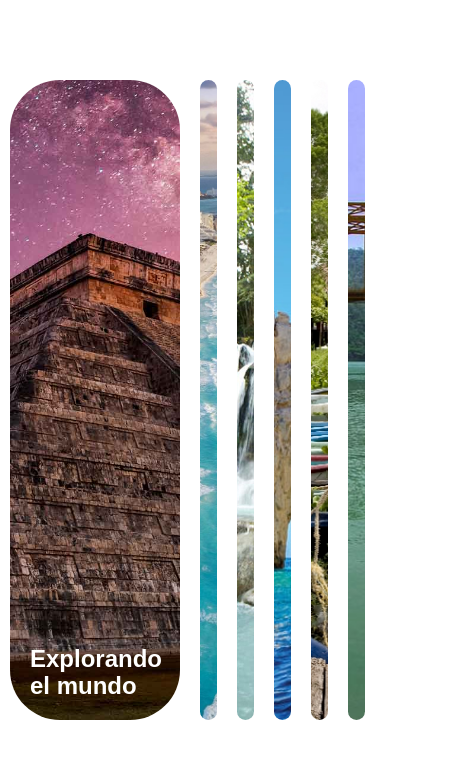
Repository: ElideZavala/Tarjetas-de-Imagenes
Page: index.html
The author's editor kept a copy of each file at every save. The page is drawn from the files as they stood at one save, then again after the next save.
The browser window is 375 px wide. The page is 436 px wide, then 475 px, so the pictures cover 475 px, including what lies to the right of the window. The pictures show the whole page.
Some web fonts or font styles are not loaded; a fallback is used.

Above is the page before, as saved 2021-05-27 09:50:02.
Not found: script.js

After the next save:
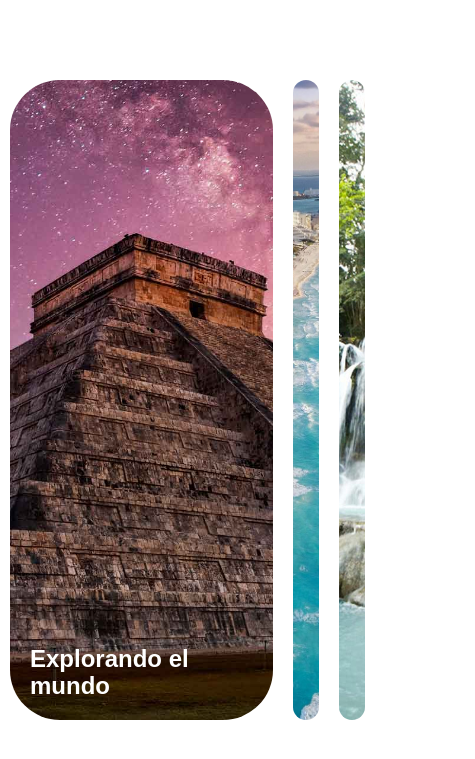
Saved 3 min 50 s later.
--- a/style.css
+++ b/style.css
@@ -55,4 +55,8 @@ body {
 	.container {
 		width: 100vw;
 	}
+
+	.panel:nth-of-type(4),.panel:nth-of-type(5),.panel:nth-of-type(6) {
+		display: none;
+	}
 }
